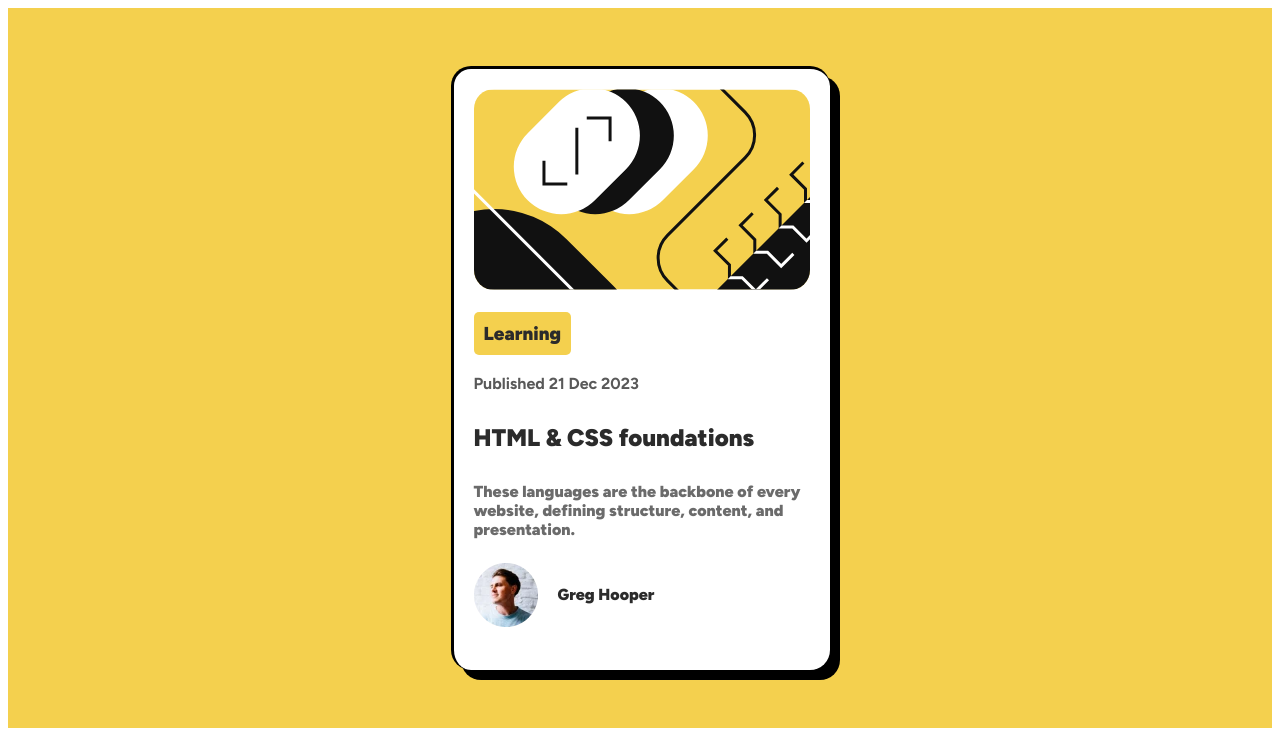
Repository: reemoon-ctrl/blog-preview-card
Page: index.html
An editor plug-in stored every save of this project. The page is shown before and after the next save, followed by the edit.
The browser window is 1280 px wide. The pictures show the whole page.

Above is the page before, as saved 2024-07-19 15:21:24.

After the next save:
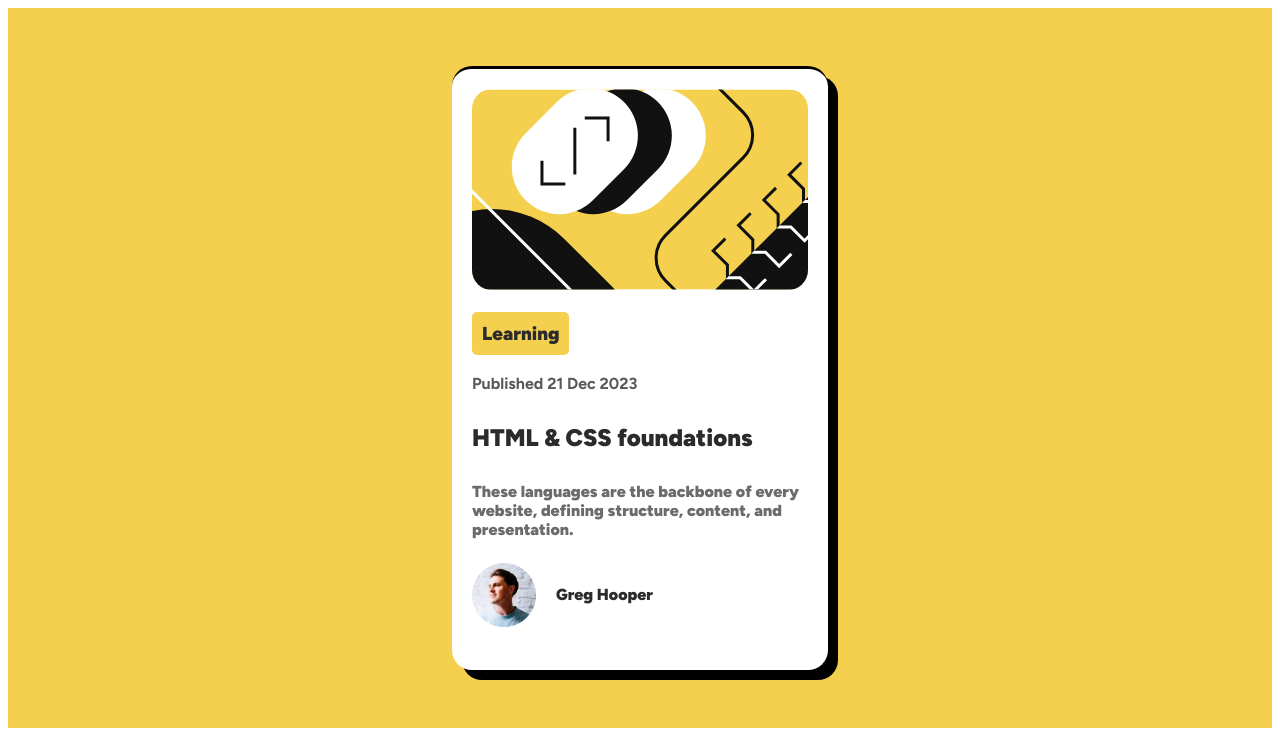
Saved 2 min 24 s later.
--- a/index.css
+++ b/index.css
@@ -11,7 +11,7 @@
 .blog-card{
     background-color: white;
     padding: 20px 20px 20px 20px;
-    border-left:solid ;
+    border-left: ;
     border-top:solid ;
     border-radius: 20px;
     flex-basis: 350px;
